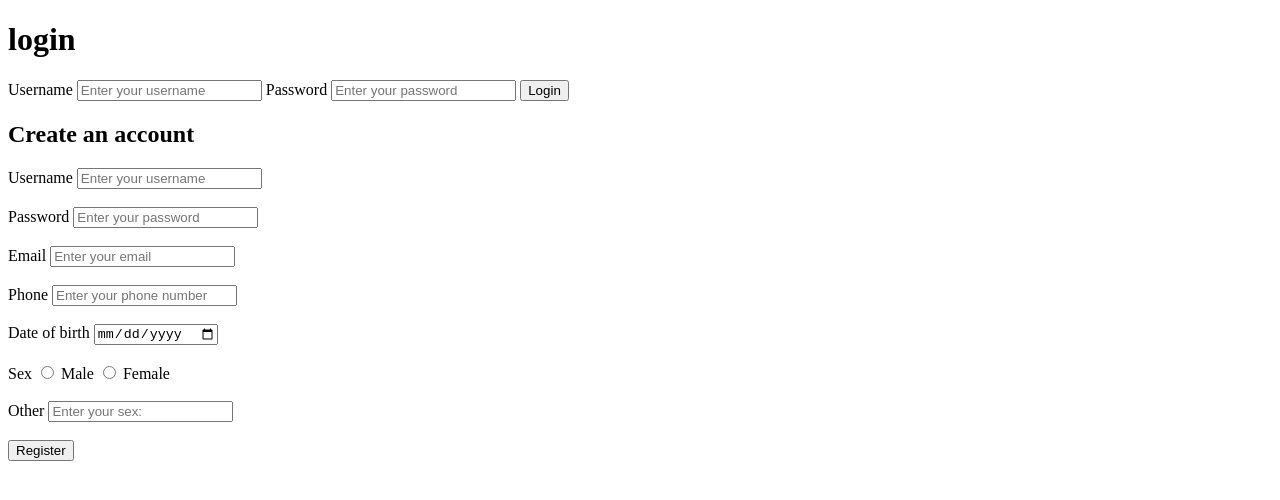
Repository: bao2222/hoc-lam-web
Page: welcome.html
These files come from the project's save history. The page is drawn as it stood at one moment and after the next save; the edit follows.
The browser window is 1280 px wide. The pictures show the whole page.

Above is the page before, as saved 2024-12-30 08:59:24.

After the next save:
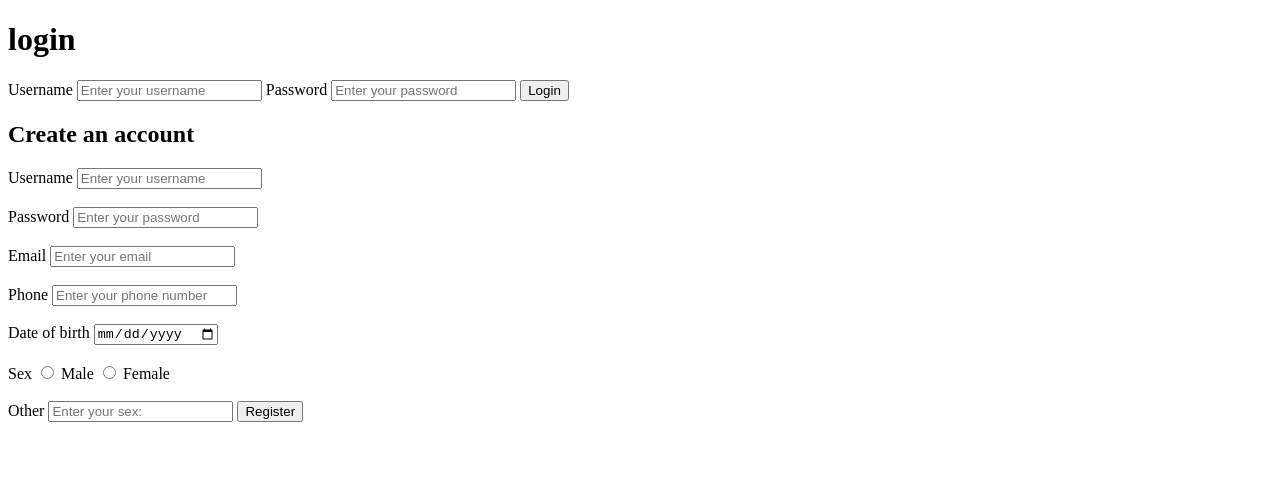
Saved 40 s later.
--- a/welcome.html
+++ b/welcome.html
@@ -55,7 +55,7 @@
                         <input type="radio" id="register_female" name="sex" value="female" required>
                         <label for="register_female">Female</label><br><br>
                         <label for="register_other">Other</label>
-                        <input type="text" id="register_other" placeholder="Enter your sex: " name="other" required><br><br>
+                        <input type="text" id="register_other" placeholder="Enter your sex: " name="other" required>
 
 
                         <button type="submit">Register</button>

After the save that followed:
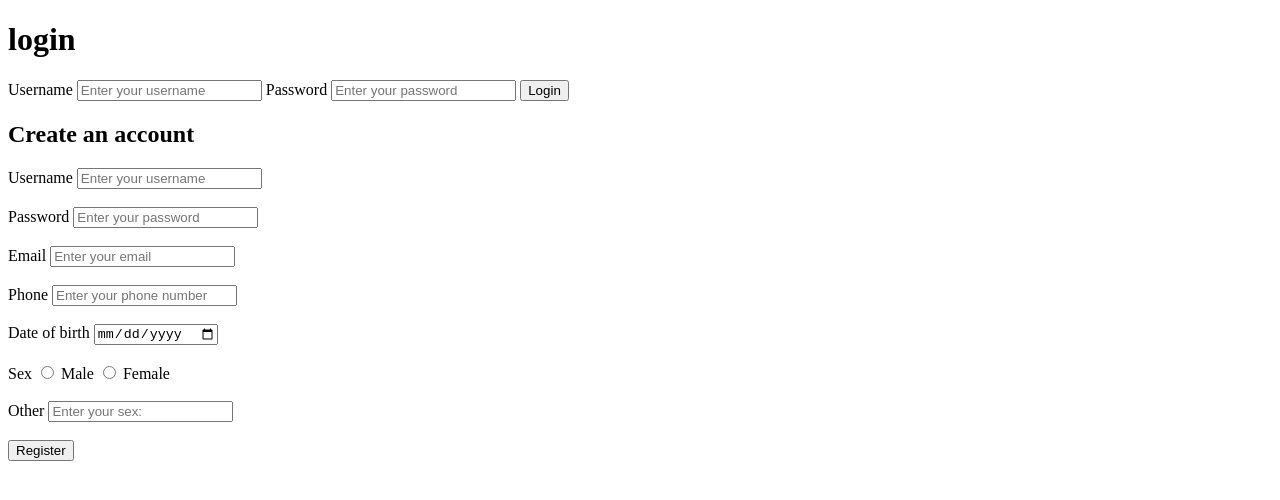
Saved 11 s later.
--- a/welcome.html
+++ b/welcome.html
@@ -55,7 +55,7 @@
                         <input type="radio" id="register_female" name="sex" value="female" required>
                         <label for="register_female">Female</label><br><br>
                         <label for="register_other">Other</label>
-                        <input type="text" id="register_other" placeholder="Enter your sex: " name="other" required>
+                        <input type="text" id="register_other" placeholder="Enter your sex: " name="other" required><br><br>
 
 
                         <button type="submit">Register</button>
